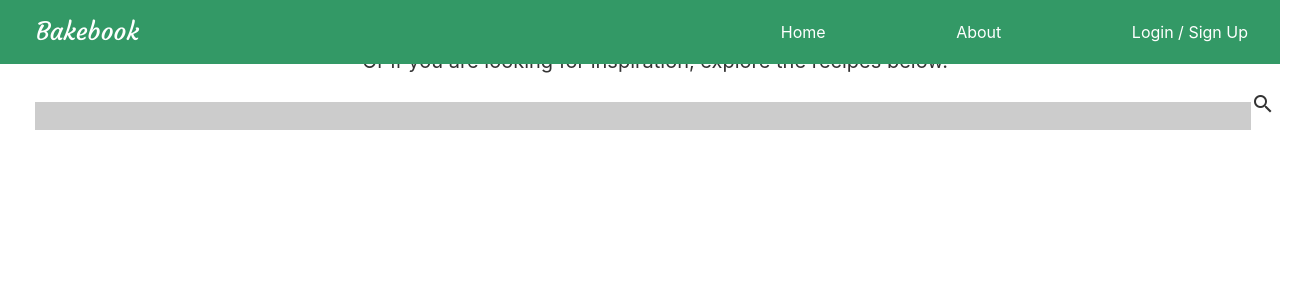
Repository: kmaaallen/bake_book
Page: templates/recipes.html
The author's editor kept a record of every edit. The page is drawn from the files as they stood at one moment, then again after the next edit.
The browser window is 1280 px wide. The page is 1295 px wide, so the pictures cover 1295 px, including what lies to the right of the window. The pictures show the whole page.
Some web libraries are served in a nearby version. The template is drawn by Flask 3. The application's start-up code is not run. The template is opened directly, without the code that normally fills it, so the values that code supplies are empty.

Above is the page before.

After the next edit:
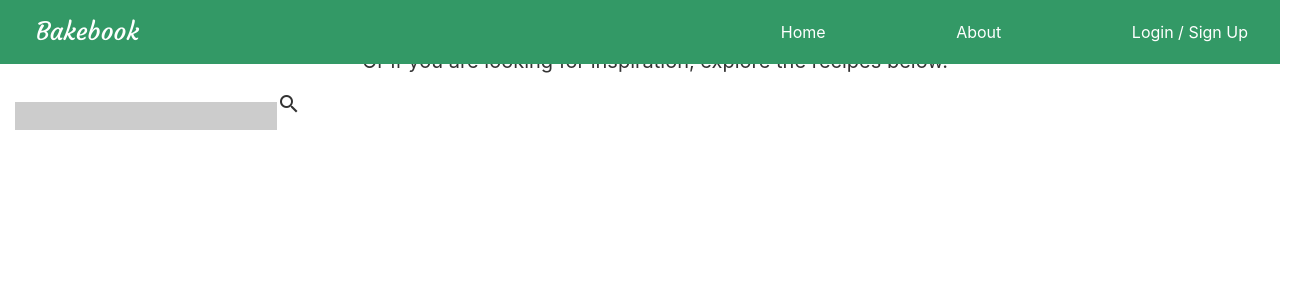
The edit:
--- a/templates/recipes.html
+++ b/templates/recipes.html
@@ -3,7 +3,7 @@
 <div class="row search-form">
     <p class="home-page-header">Got something specific in mind? Use the search bar to find the recipe you want.</p>
     <p class="home-page-header">Or if you are looking for inspiration, explore the recipes below.</p>
-  <form action="{{url_for('search_results', keywords=keywords)}}" class="search-form" method="POST">
+  <form action="{{url_for('search_results', keywords=keywords)}}" method="POST">
     <div class="input-field">
       <input class="search-bar" id="keywords" type="search" name="keywords">
       <label class="label-icon" for="search"><i class="material-icons">search</i></label>
